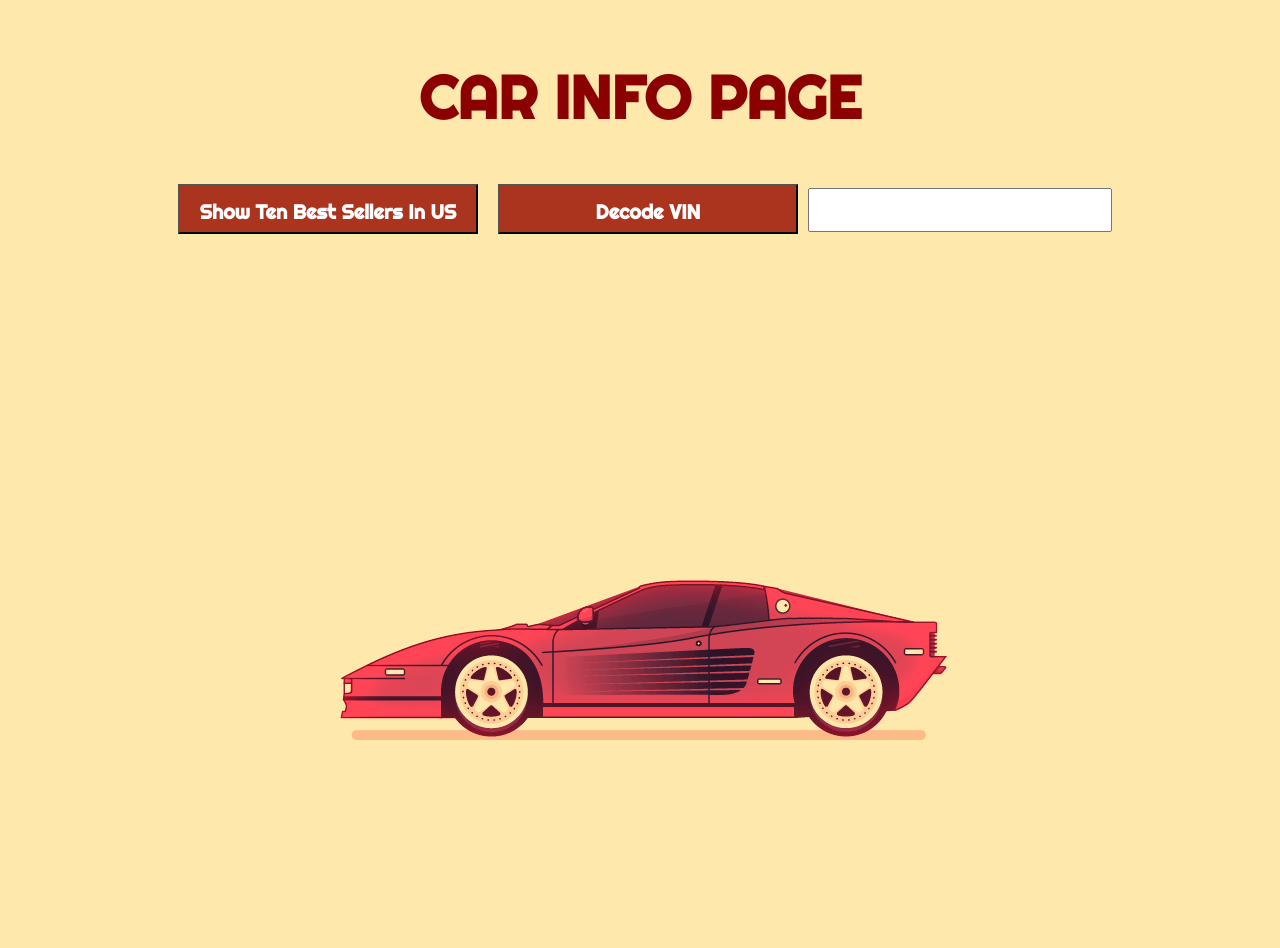
Repository: shadowmare358/vueVinCheck
Page: /
These files come from the project's save history. The page is drawn as it stood at one moment and after the next save; the edit follows.
The browser window is 1280 px wide. The pictures show the whole page.
The project was rebuilt for these pictures with package versions that can differ from the ones it lists, and the page was loaded fresh each time.

Above is the page before, as saved 2019-11-05 11:43:10.

After the next save:
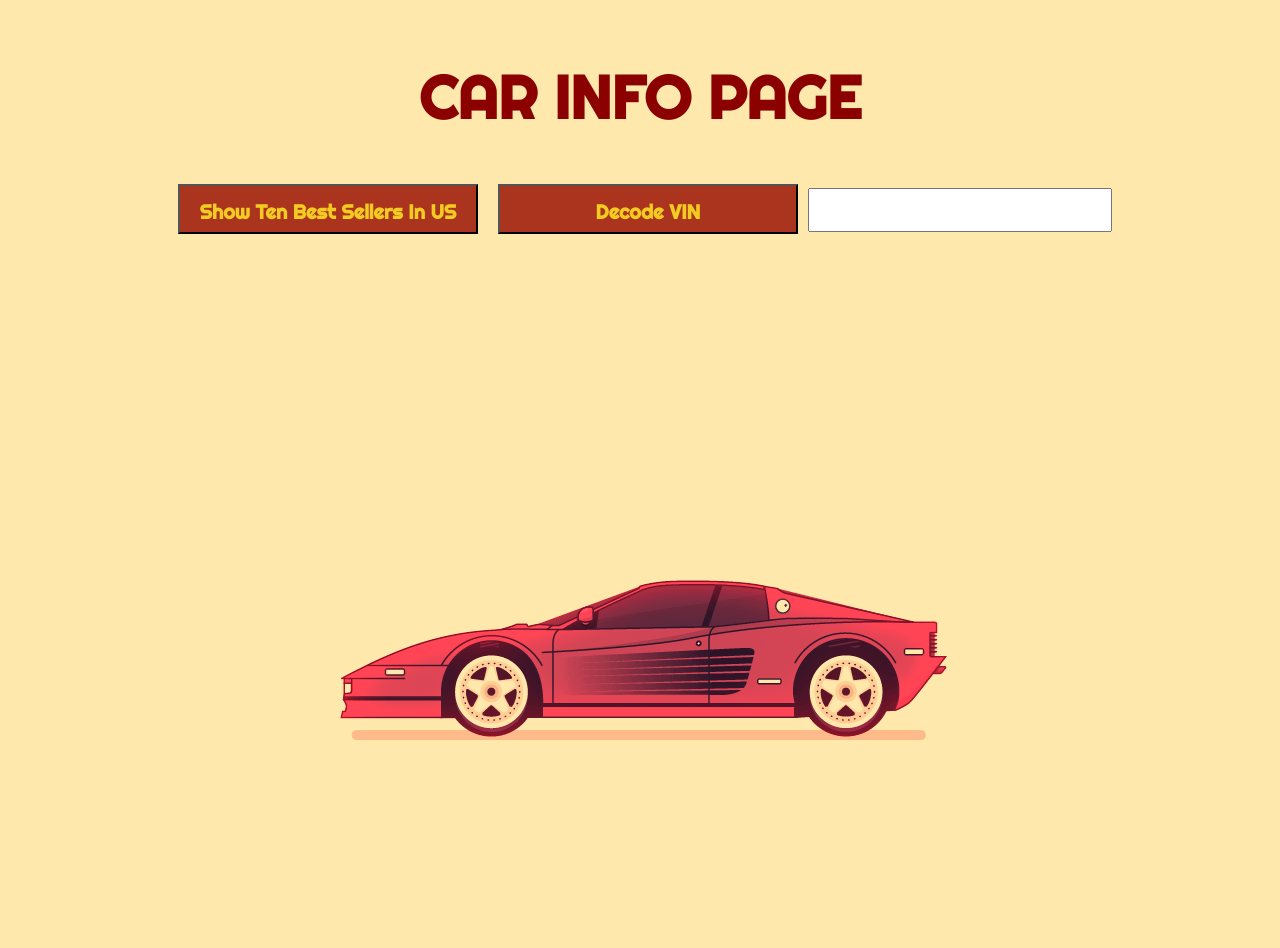
Saved 29 s later.
--- a/src/components/Search.vue
+++ b/src/components/Search.vue
@@ -97,7 +97,7 @@
     text-align: center;
     width: 300px;
     cursor: pointer;
-    color: white;
+    color: rgb(240, 197, 9);
     transition: all 0.3s;
     position: relative;
     margin: 10px;
